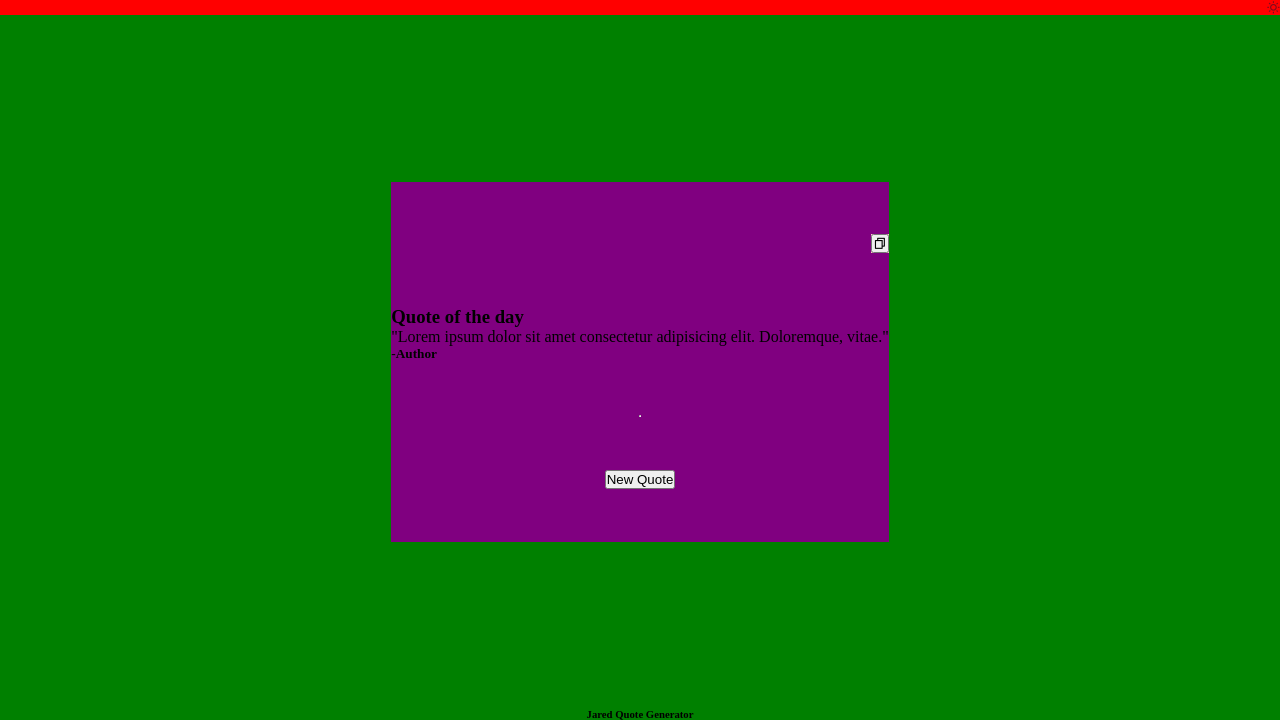
Repository: EguJaredoBoyd/Jared-Quote-Generator
Page: html/main.html
The author's editor kept a copy of each file at every save. The page is drawn from the files as they stood at one save, then again after the next save.
The browser window is 1280 px wide. The pictures show the whole page.
Some web libraries are served in a nearby version.

Above is the page before, as saved 2026-01-09 00:49:00.

After the next save:
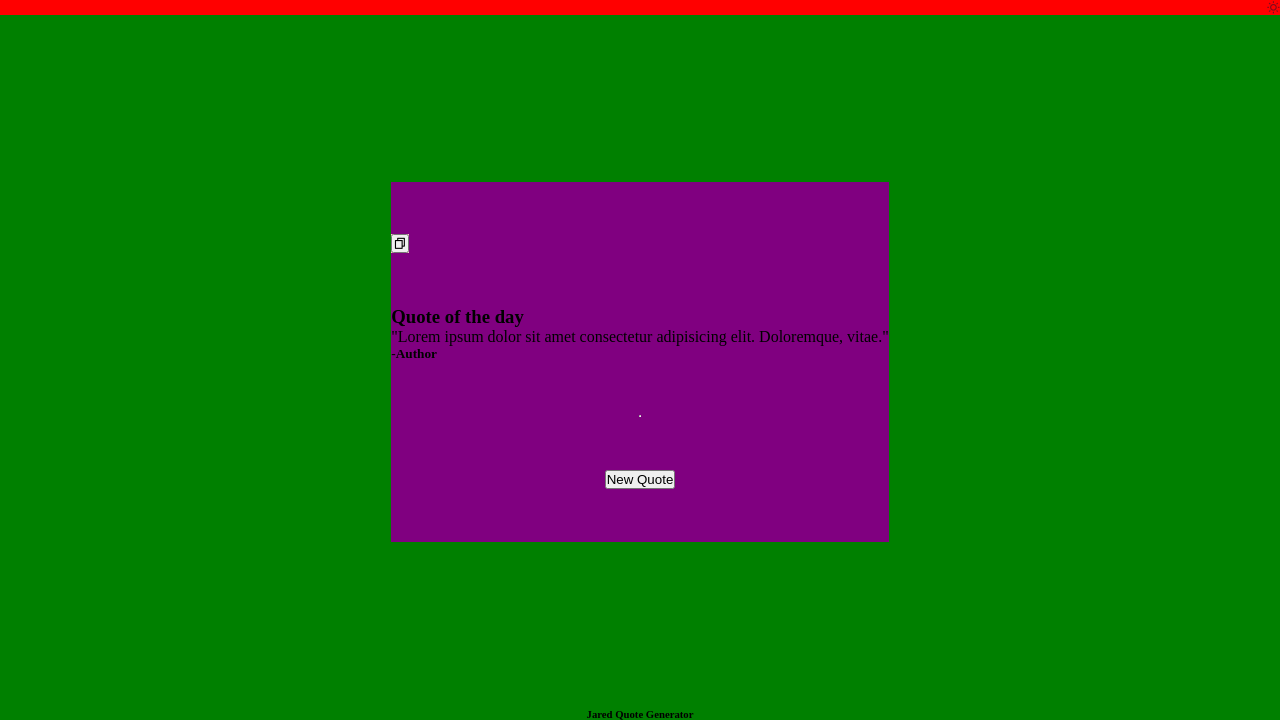
Saved 33 s later.
--- a/css/style.css
+++ b/css/style.css
@@ -55,7 +55,6 @@ header button {
 }
 
 .quote-container__copy {
-  align-self: self-end;
-  justify-self: self-end;
+  align-self: self-start;
   background-color: pink;
 }

After the save that followed:
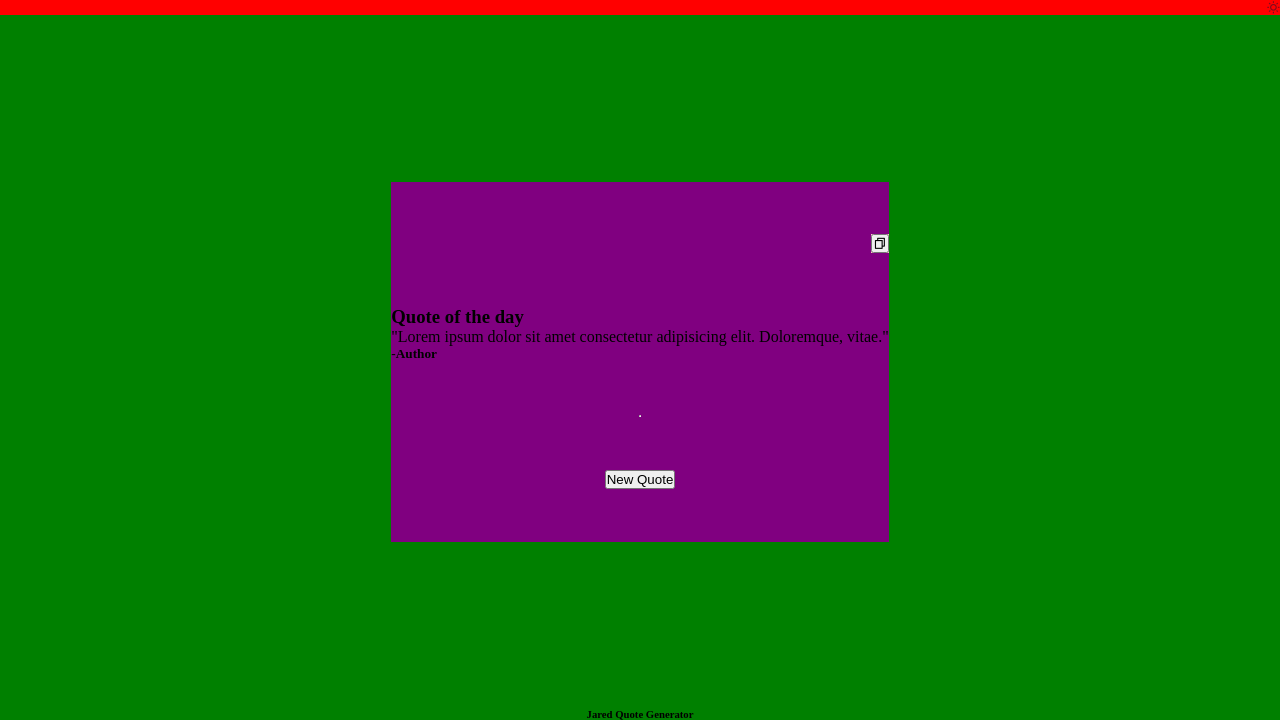
Saved 9 s later.
--- a/css/style.css
+++ b/css/style.css
@@ -55,6 +55,6 @@ header button {
 }
 
 .quote-container__copy {
-  align-self: self-start;
+  align-self: self-end;
   background-color: pink;
 }
